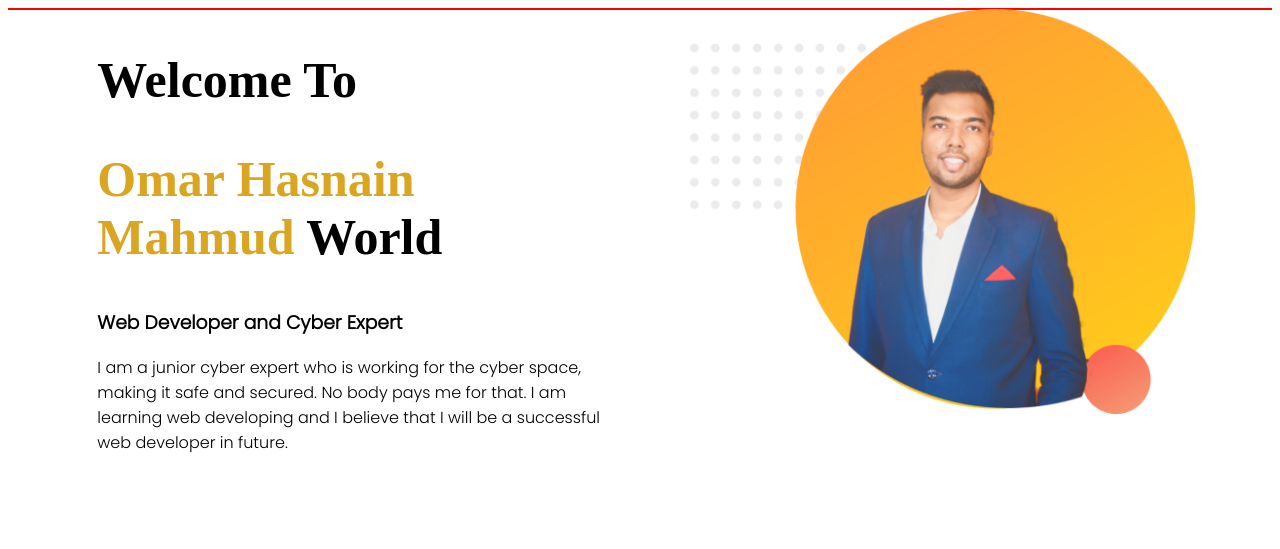
Repository: omarhasnain/web-portfolio
Page: index.html
The author's editor kept a copy of each file at every save. The page is drawn from the files as they stood at one save, then again after the next save.
The browser window is 1280 px wide. The pictures show the whole page.
Some web fonts or font styles are not loaded; a fallback is used.

Above is the page before, as saved 2021-01-05 21:18:09.

### index.html
<!DOCTYPE html>
<html lang="en">
<head>
    <meta charset="UTF-8">
    <meta name="viewport" content="width=device-width, initial-scale=1.0">
    <title>Web Developer Omar</title>
    <link rel="preconnect" href="https://fonts.gstatic.com">
    <link href="https://fonts.googleapis.com/css2?family=Redressed&display=swap" rel="stylesheet">
    <link rel="preconnect" href="https://fonts.gstatic.com">
    <link href="https://fonts.googleapis.com/css2?family=Poppins:wght@300&display=swap" rel="stylesheet">
    <link rel="stylesheet" href="web portfolio style.css">
</head>
    <body>
        <section class="top-banner">
            <div class="half-width">
                    <h1>Welcome To </h1>
                    <h1><span class="name-highlight">Omar Hasnain Mahmud</span> World</h1>
                    <h3>Web Developer and Cyber Expert</h3>
                    <p>I am a junior cyber expert who is working for the cyber space, making it safe and secured. No body pays me for that. I am learning web developing and I believe that I will be a successful web developer in future.</p>
            </div>
            <div class="half-width">
                <img src="images/profile.png" alt="">
            </div>
        </section>

    </body>
</html>

### web portfolio style.css
body{
    font-family: 'Poppins', sans-serif;
}
h1{
    font-size: 50px;
    font-family: 'Redressed', cursive;
}
.name-highlight{
    color: goldenrod;
}
h3{
    font-family: 'Poppins', sans-serif;
}

.half-width{
    width: 40%;
    float: left;
    margin-left: 5%;
    padding-left: 2%;
}
.half-width img{
    width: 100%;
}
.top-banner{
    border: 1px solid red;
    background-image: url("images/top-banner.png");
}

After the next save:
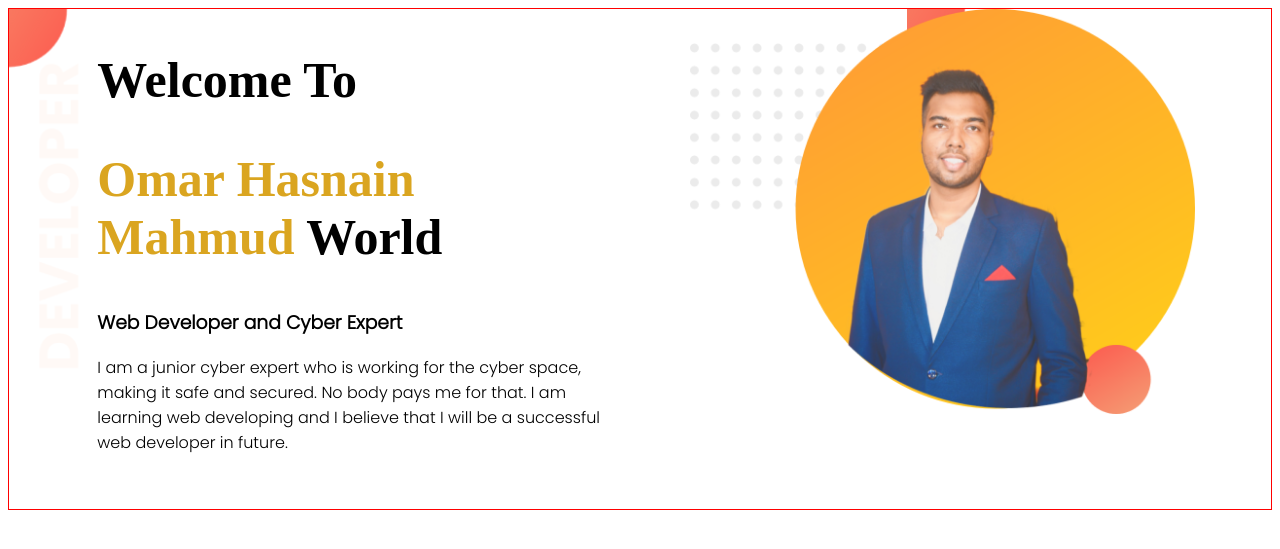
Saved 81 s later.
--- a/web portfolio style.css
+++ b/web portfolio style.css
@@ -25,3 +25,6 @@
     border: 1px solid red;
     background-image: url("images/top-banner.png");
 }
+section{
+    height: 500px;
+}
